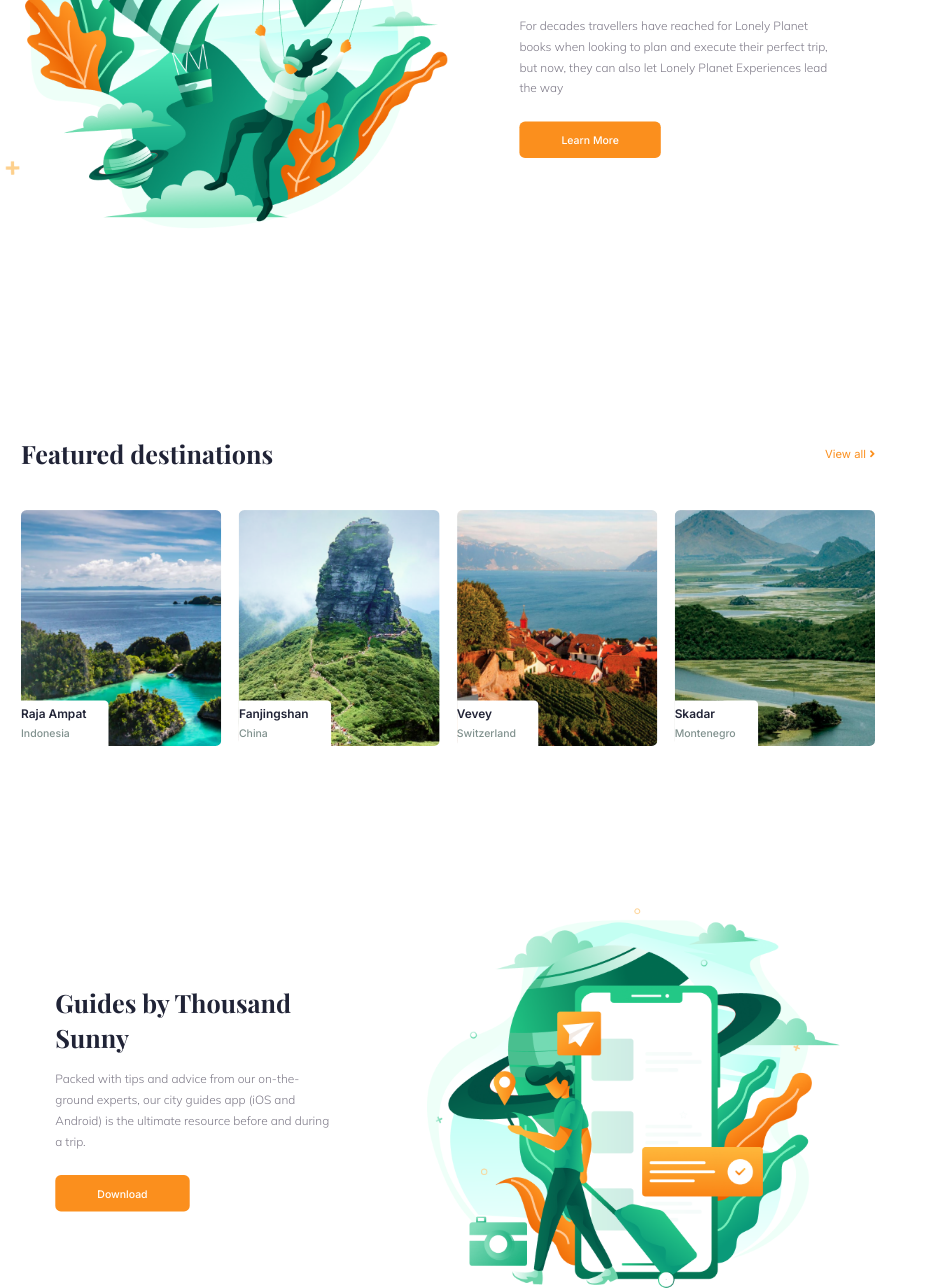
Repository: long5122000/sunny
Page: index.html
These files come from the project's save history. The page is drawn as it stood at one moment and after the next save; the edit follows.
The browser window is 1280 px wide. The page is 1335 px wide, so the pictures cover 1335 px, including what lies to the right of the window. The pictures show the part of the page from y = 1294 to 3134 px (the page is 3134 px tall), at 70% of full size.
The style sheet was rebuilt from its Sass, Less or Tailwind sources for each picture, by a compiler version that may differ from the author's.

Above is the page before, as saved 2021-11-24 23:00:35.

### index.html
<!DOCTYPE html>
<html lang="en">
  <head>
    <meta charset="UTF-8" />
    <meta http-equiv="X-UA-Compatible" content="IE=edge" />
    <meta name="viewport" content="width=device-width, initial-scale=1.0" />
    <title>Thousand Sunny</title>
    <link rel="preconnect" href="https://fonts.googleapis.com" />
    <link rel="preconnect" href="https://fonts.gstatic.com" crossorigin />
    <link
      href="https://fonts.googleapis.com/css2?family=Inter:wght@400;500;600&family=Mulish:wght@300&family=Playfair+Display:wght@700&display=swap"
      rel="stylesheet"
    />
    <link
      rel="stylesheet"
      href="https://use.fontawesome.com/releases/v5.15.4/css/all.css"
      integrity="sha384-DyZ88mC6Up2uqS4h/KRgHuoeGwBcD4Ng9SiP4dIRy0EXTlnuz47vAwmeGwVChigm"
      crossorigin="anonymous"
    />
    <link rel="stylesheet" href="./css/app.css" />
  </head>
  <body>
    <div class="wrapper">
      <header class="header">
        <div class="container">
          <div class="header-main">
            <img srcset="./images/logo.png 2x" alt="" />
            <ul class="menu">
              <li class="menu-item">
                <a href="#" class="menu-link">Home</a>
              </li>
              <li class="menu-item">
                <a href="#" class="menu-link">Destinations</a>
              </li>
              <li class="menu-item">
                <a href="#" class="menu-link">About</a>
              </li>
              <li class="menu-item">
                <a href="#" class="menu-link">Partner</a>
              </li>
              <li class="menu-item">
                <a href="#" class="btn btn--secondary">Login</a>
              </li>
              <li class="menu-item">
                <a href="#" class="btn btn--primary">Register</a>
              </li>
            </ul>
          </div>
        </div>
      </header>
      <main>
        <section class="hero">
          <div class="container">
            <div class="hero-main">
              <div class="hero-content">
                <h1 class="heading hero-heading">Explore and Travel</h1>
                <div class="hero-caption">Holiday finder</div>
                <div class="hero-form">
                  <div class="dropdown">
                    <div class="dropdown-select">
                      <span class="dropdown-value">Location</span>
                      <i class="fas fa-angle-down"></i>
                    </div>
                    <div class="dropdown-list">
                      <div class="dropdown-item">title</div>
                      <div class="dropdown-item">title</div>
                      <div class="dropdown-item">title</div>
                    </div>
                  </div>
                  <div class="dropdown">
                    <div class="dropdown-select">
                      <span class="dropdown-value">Activity</span>
                      <i class="fas fa-angle-down"></i>
                    </div>
                    <div class="dropdown-list">
                      <div class="dropdown-item">title</div>
                      <div class="dropdown-item">title</div>
                      <div class="dropdown-item">title</div>
                    </div>
                  </div>
                  <div class="dropdown">
                    <div class="dropdown-select">
                      <span class="dropdown-value">Grade</span>
                      <i class="fas fa-angle-down"></i>
                    </div>
                    <div class="dropdown-list">
                      <div class="dropdown-item">title</div>
                      <div class="dropdown-item">title</div>
                      <div class="dropdown-item">title</div>
                    </div>
                  </div>
                  <div class="dropdown">
                    <div class="dropdown-select">
                      <span class="dropdown-value">Date</span>
                      <i class="fas fa-angle-down"></i>
                    </div>
                    <div class="dropdown-list">
                      <div class="dropdown-item">title</div>
                      <div class="dropdown-item">title</div>
                      <div class="dropdown-item">title</div>
                    </div>
                  </div>
                </div>
                <a href="#!" class="btn btn--primary">Explore</a>
              </div>
              <div class="hero-image">
                <img srcset="./images/img1.png 2x" alt="" />
              </div>
            </div>
          </div>
        </section>
        <section class="explore">
          <div class="container">
            <div class="explore-main">
              <div class="explore-image">
                <img srcset="./images/img2.png 2x" alt="" />
              </div>
              <div class="explore-content">
                <h2 class="heading explore-heading heading--small">
                  A new way to explore the world
                </h2>
                <p class="text explore-desc">
                  For decades travellers have reached for Lonely Planet books
                  when looking to plan and execute their perfect trip, but now,
                  they can also let Lonely Planet Experiences lead the way
                </p>
                <div class="btn btn--primary" href="!#">Learn More</div>
              </div>
            </div>
          </div>
        </section>
        <section class="destination">
          <div class="container">
            <div class="destination-header">
              <h2 class="heading heading--small">Featured destinations</h2>
              <a href="#!" class="destination-more">
                <span>View all</span>
                <i class="fas fa-angle-right"></i>
              </a>
            </div>
            <div class="destination-list">
              <div class="destination-item">
                <div class="destination-image">
                  <img srcset="./images/destination1.png 2x" alt="" />
                </div>
                <div class="destination-content">
                  <h3 class="destination-name">Raja Ampat</h3>
                  <span class="destination-country">Indonesia</span>
                </div>
              </div>
              <div class="destination-item">
                <div class="destination-image">
                  <img srcset="./images/destination2.png 2x" alt="" />
                </div>
                <div class="destination-content">
                  <h3 class="destination-name">Fanjingshan</h3>
                  <span class="destination-country">China</span>
                </div>
              </div>
              <div class="destination-item">
                <div class="destination-image">
                  <img srcset="./images/destination3.png 2x" alt="" />
                </div>
                <div class="destination-content">
                  <h3 class="destination-name">Vevey</h3>
                  <span class="destination-country">Switzerland</span>
                </div>
              </div>
              <div class="destination-item">
                <div class="destination-image">
                  <img srcset="./images/destination4.png 2x" alt="" />
                </div>
                <div class="destination-content">
                  <h3 class="destination-name">Skadar</h3>
                  <span class="destination-country">Montenegro</span>
                </div>
              </div>
            </div>
          </div>
        </section>
        <section class="guides">
          <div class="container">
            <div class="guides-main">
              <div class="guides-content">
                <h2 class="heading guides-heading heading--small">
                  Guides by Thousand Sunny
                </h2>
                <div class="text guides-desc">
                  Packed with tips and advice from our on-the-ground experts,
                  our city guides app (iOS and Android) is the ultimate resource
                  before and during a trip.
                </div>
                <a href="#!" class="btn btn--primary">Download</a>
              </div>
              <div class="guides-image">
                <img srcset="./images/img3.png 2x" alt="" />
              </div>
            </div>
          </div>
        </section>
      </main>
    </div>
    <script src="scripts/app.js"></script>
  </body>
</html>

### sass/app.scss
@import "reset";
@import "variables";
@import "global";
@import "typography";
@import "header";
@import "menu";
@import "hero";
@import "explore";
@import "destination";
@import "guides";
@import "footer";

### sass/_variables.scss
$primary-font: "Inter", sans-serif;
$secondary-font: "Playfair Display", serif;
$third-font: "Mulish", sans-serif;
$gray: #b8becd;
$gray-dark: #afb0b9;
$gray-darker: #7d7987;
$gray-darkest: #202336;
$primary-color: #fb8f1d;
$gray-blur: #80918e;

### sass/_global.scss
.wrapper {
  max-width: 1600px;
  margin: 0 auto;
}
.container {
  max-width: 1260px;
  margin: 0 auto;
  padding: 0 20px;
}
ul {
  list-style: none;
}
.btn {
  display: inline-flex;
  justify-content: center;
  align-items: center;
  cursor: pointer;
  font-size: 15px;
  font-weight: 500;
  font-family: $primary-font;
  line-height: 1;
  height: 52px;
  padding: 0 60px;
  border-radius: 8px;
  background-color: transparent;
  border: 0;
  outline: none;
  &--primary {
    color: white;
    background-color: $primary-color;
  }
  &--secondary {
    color: $primary-color;
    border: 1px solid currentColor;
  }
}
.dropdown {
  &-list {
    display: none;
  }
  &-select {
    display: flex;
    justify-content: space-between;
    align-items: center;
    padding: 20px 30px;
    border-radius: 6px;
    border: 1px solid $gray-dark;
    color: $gray-darkest;
    cursor: pointer;
  }
}

### sass/_typography.scss
body {
  font-family: $primary-font;
  font-size: 16px;
  line-height: 1;
  color: $gray;
}
.heading {
  font-family: $secondary-font;
  color: $gray-darkest;
  &--small {
    line-height: 139%;
    font-size: 36px;
  }
}
.text {
  font-weight: 300;
  line-height: 176%;
  font-size: 17px;
  color: $gray-darker;
  font-family: $third-font;
}

### sass/_header.scss
.header {
  padding-top: 45px;
  padding-bottom: 70px;
  &-main {
    display: flex;
    justify-content: space-between;
    align-items: center;
  }
}

### sass/_menu.scss
.menu {
  display: flex;
  align-items: center;
  gap: 0 35px;
  &-link {
    color: inherit;
  }
}

### sass/_hero.scss
.hero {
  margin-bottom: 270px;
  &-main {
    display: flex;
    justify-content: space-between;
    align-items: center;
  }
  &-heading {
    font-size: 64px;
    line-height: 125%;
    margin-bottom: 74px;
  }
  &-caption {
    font-size: 22px;
    font-weight: 600;
    margin-bottom: 48px;
    padding-bottom: 20px;
    display: inline-block;
    position: relative;
    color: $gray-darkest;
    &:before {
      content: "";
      position: absolute;
      bottom: 0;
      left: 0;
      width: 32px;
      height: 2px;
      background-color: $gray-darkest;
    }
  }
  &-content {
    width: 100%;
    max-width: 470px;
  }
  &-image {
    transform: translateX(85px);
  }
  &-form {
    margin-bottom: 50px;
    display: grid;
    grid-template-columns: 1fr 1fr;
    grid-gap: 30px;
  }
}

### sass/_explore.scss
.explore {
  margin-bottom: 292px;
  &-main {
    display: flex;
    justify-content: space-between;
    align-items: center;
    gap: 0 50px;
  }
  &-content {
    max-width: 508px;
    padding-right: 58px;
  }
  &-image {
    transform: translateX(-50px);
  }
  &-heading {
    margin-bottom: 20px;
  }
  &-desc {
    margin-bottom: 33px;
  }
}

### sass/_destination.scss
.destination {
  margin-bottom: 232px;
  &-header {
    display: flex;
    justify-content: space-between;
    align-items: center;
    margin-bottom: 56px;
  }
  &-more {
    color: $primary-color;
    display: flex;
    align-items: center;
    gap: 0 5px;
  }
  &-list {
    display: grid;
    grid-template-columns: repeat(4, 1fr);
    grid-gap: 25px;
  }

  &-item {
    height: 337px;
    position: relative;
  }
  &-image {
    width: 100%;
    height: 100%;
  }
  &-image img {
    border-radius: 8px;
    height: 100%;
    width: 100%;
    object-fit: cover;
  }
  &-content {
    position: absolute;
    bottom: 0;
    left: 0;
    z-index: 2;
    background: #ffffff;
    border-radius: 0px 6px 0px 0px;
    padding: 11px 32px 11px 0;
  }
  &-name {
    font-size: 17px;
    font-weight: 600;
    color: $gray-darkest;
    margin-bottom: 10px;
  }
  &-country {
    font-weight: 500;
    font-size: 15px;
    color: $gray-blur;
  }
}

### sass/_guides.scss
.guides {
  &-main {
    display: flex;
    justify-content: space-between;
    align-items: center;
    gap: 0 80px;
  }
  &-content {
    max-width: 450px;
    padding-left: 49px;
  }
  &-image {
    transform: translateX(-41px);
  }
  &-heading {
    margin-bottom: 20px;
  }
  &-desc {
    margin-bottom: 33px;
  }
}

Loaded but not shown: sass/_reset.scss (common file); scripts/app.js (no stored copy; drawn as an empty file); sass/_footer.scss (no stored copy; drawn as an empty file)

After the next save:
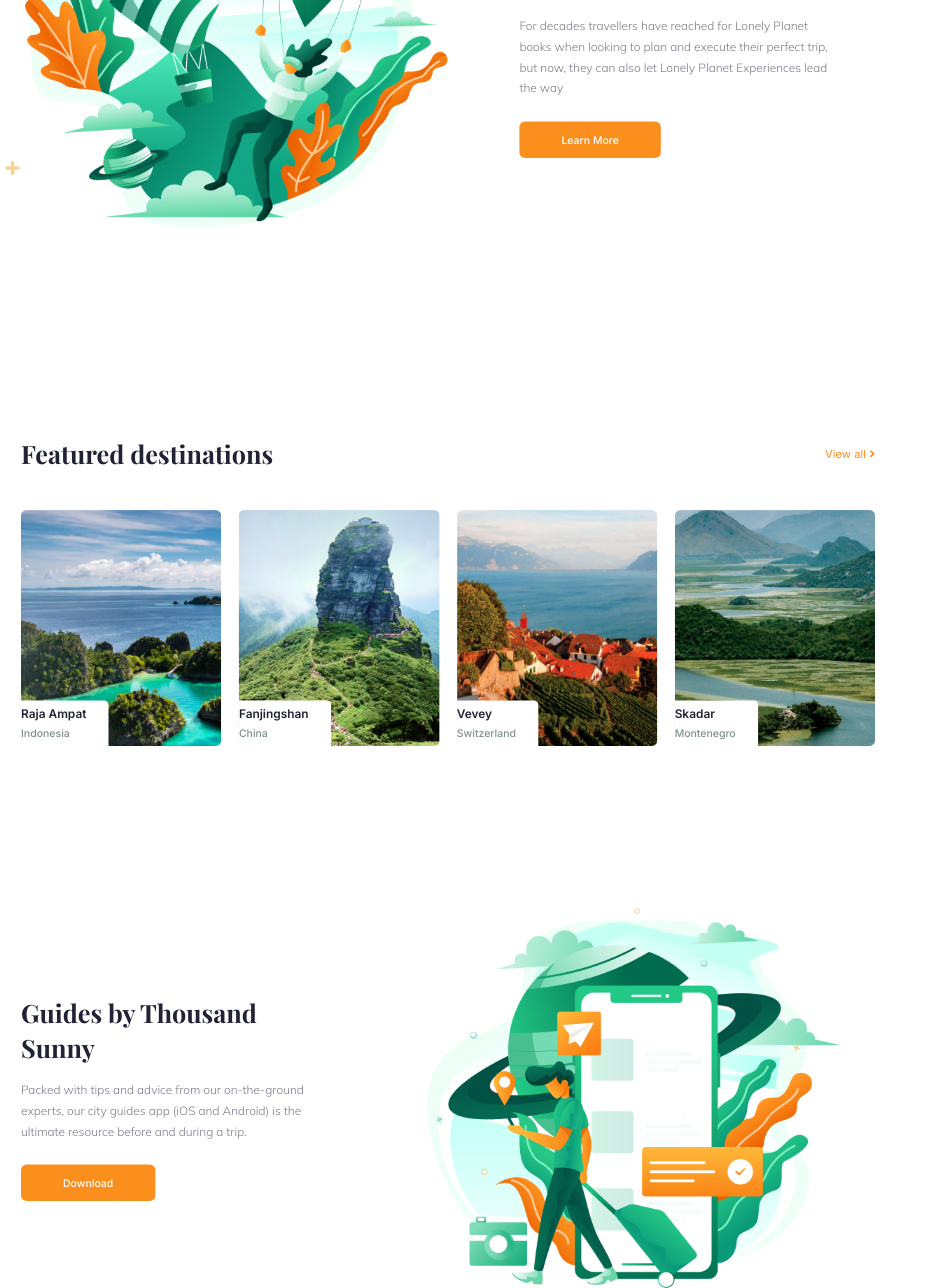
Saved 18 s later.
--- a/sass/_guides.scss
+++ b/sass/_guides.scss
@@ -7,7 +7,7 @@
   }
   &-content {
     max-width: 450px;
-    padding-left: 49px;
+    width: 100%;
   }
   &-image {
     transform: translateX(-41px);
